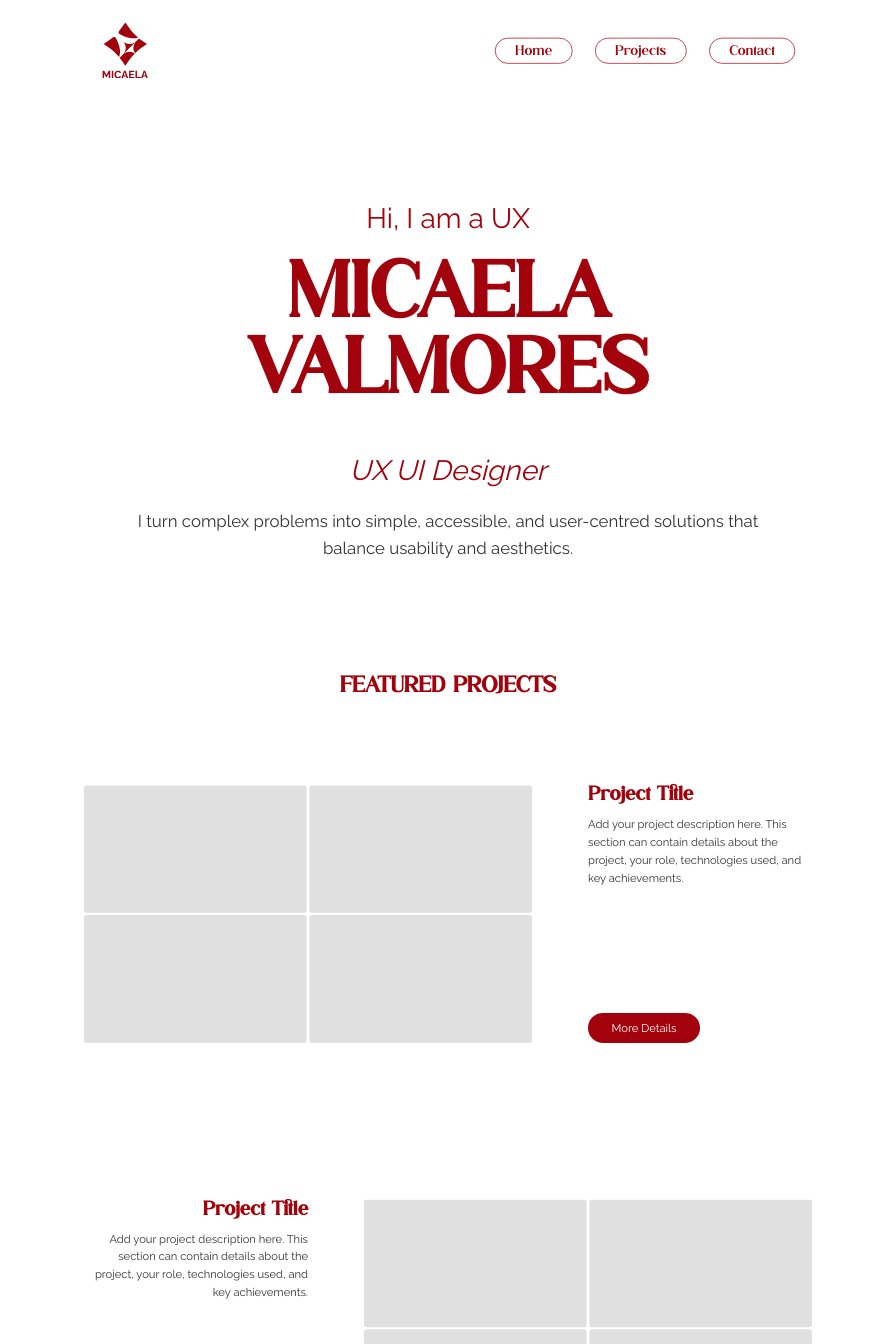
Repository: Micaelavalmores/Micaela-Portfolio
Page: /
An editor plug-in stored every save of this project. The page is shown before and after a run of saves, followed by the edit.
The browser window is 1280 px wide. The pictures show the part of the page from y = 0 to 1920 px (the page is 2898 px tall before and 2787 px after), at 70% of full size.
The project was rebuilt for these pictures with package versions that can differ from the ones it lists, and the page was loaded fresh each time. The framework's server and built-in components were replaced by stand-ins that run in the browser. Also part of the build but not shown: next.config.mjs.

Above is the page before, as saved 2026-01-27 13:48:17.

After the next 2 saves:
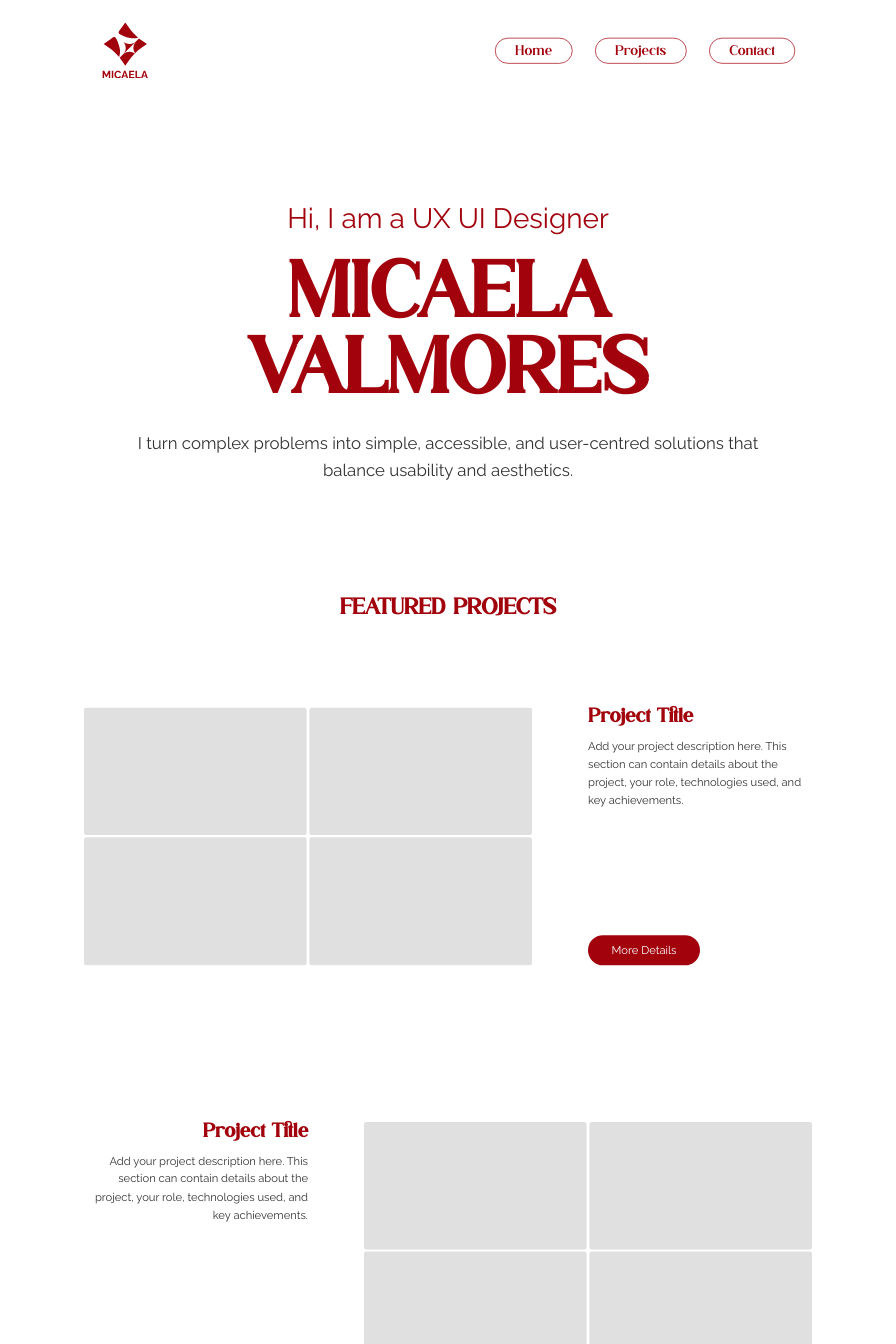
The 2 saves are shown as one change because they came seconds apart.
The last was saved 7 s later.
--- a/app/home-page/page.js
+++ b/app/home-page/page.js
@@ -10,9 +10,9 @@ export default function HomePage() {
         </nav>
       <Navbar />
       <div className={styles['intro-sec']}>
-        <span className={styles['intro-greet']}>Hi, I am a UX </span>
+        <span className={styles['intro-greet']}>Hi, I am a UX UI Designer</span>
         <h1>MICAELA VALMORES</h1>
-        <span className={styles['intro-occu']}>UX UI Designer</span>
+        {/* <span className={styles['intro-occu']}>UX UI Designer</span> */}
         <p>I turn complex problems into simple, accessible, and user-centred solutions that balance usability and aesthetics.</p>
       </div>
       <div className={styles['Proj-sec']}>
